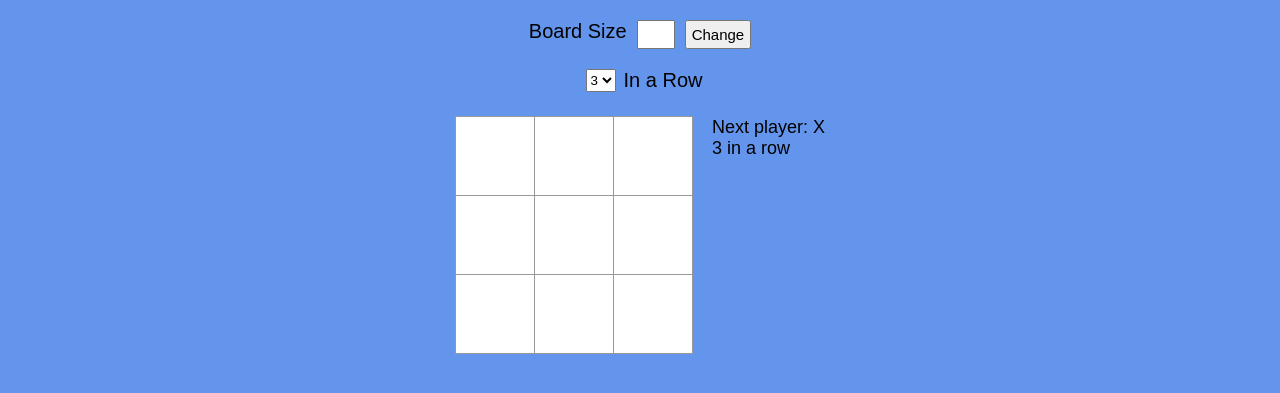
Repository: yshong211/tic-tac-toe-0708
Page: /
These files come from the project's save history. The page is drawn as it stood at one moment and after a run of saves; the edit follows.
The browser window is 1280 px wide. The pictures show the whole page.
The project was rebuilt for these pictures with package versions that can differ from the ones it lists, and the page was loaded fresh each time.

Above is the page before, as saved 2020-07-09 09:39:50.

After the next 3 saves:
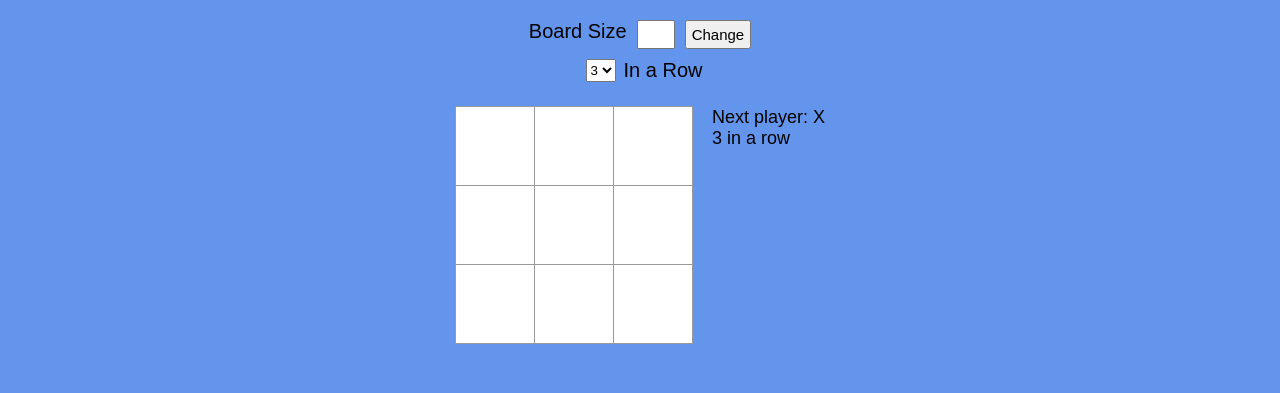
The 3 saves are shown as one change because they came seconds apart.
The last was saved 80 s later.
--- a/src/components/getDim/getDim.css
+++ b/src/components/getDim/getDim.css
@@ -5,6 +5,9 @@ input {
 }
 select {
   margin-left: 8px;
+}
+form {
+  margin-bottom: 10px;
 }
 .submit {
   /*display: flex;*/
